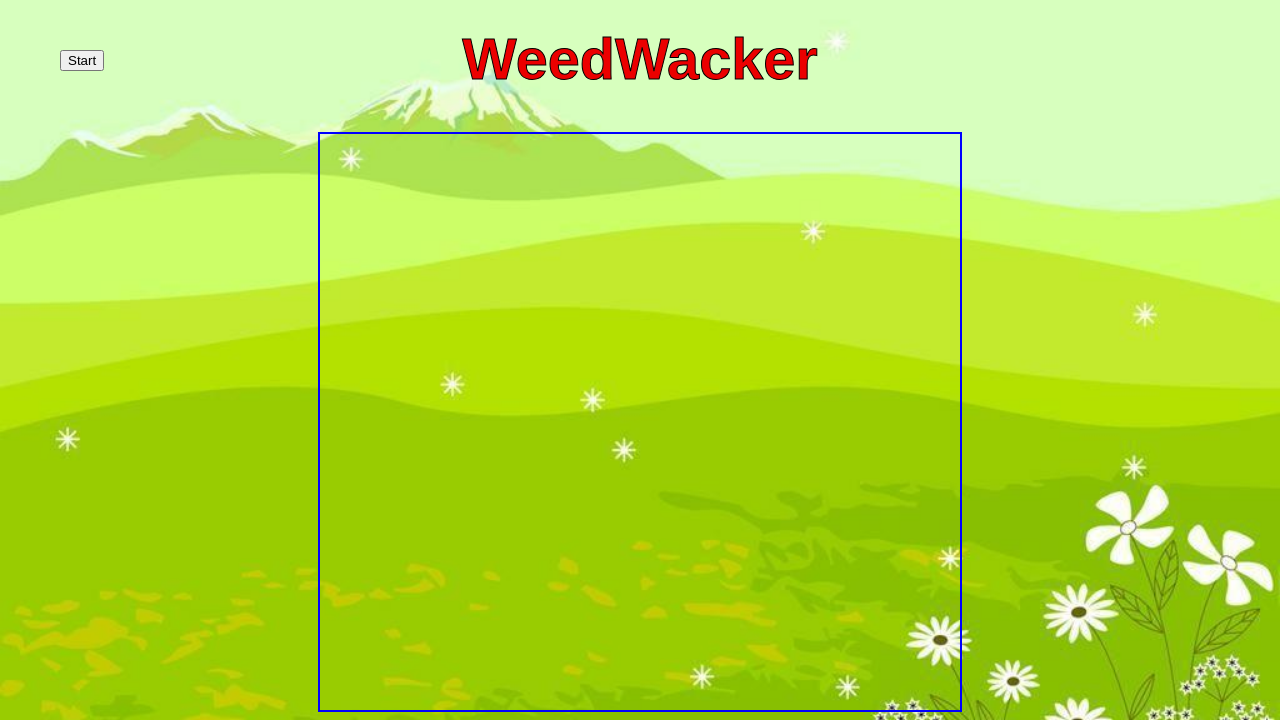
Repository: AustinW24/weedwacker
Page: index.html
These files come from the project's save history. The page is drawn as it stood at one moment and after the next save; the edit follows.
The browser window is 1280 px wide. The pictures show the whole page.
Some web fonts or font styles are not loaded; a fallback is used.

Above is the page before, as saved 2022-02-09 10:04:36.

After the next save:
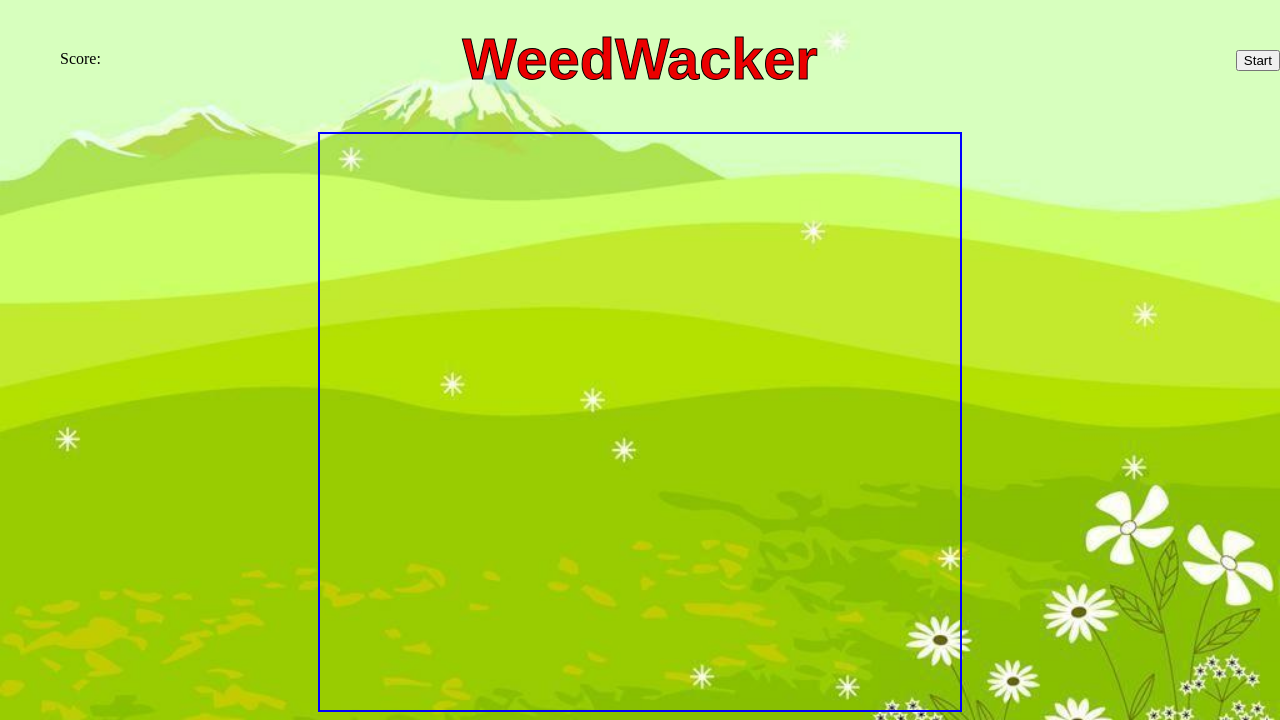
Saved 5 s later.
--- a/style.css
+++ b/style.css
@@ -52,7 +52,7 @@
     margin-left: 60px;
 }
 .start {
-    left: 0;
+    right: 0;
     position: absolute;
     top: 0;
     margin-top: 50px;
